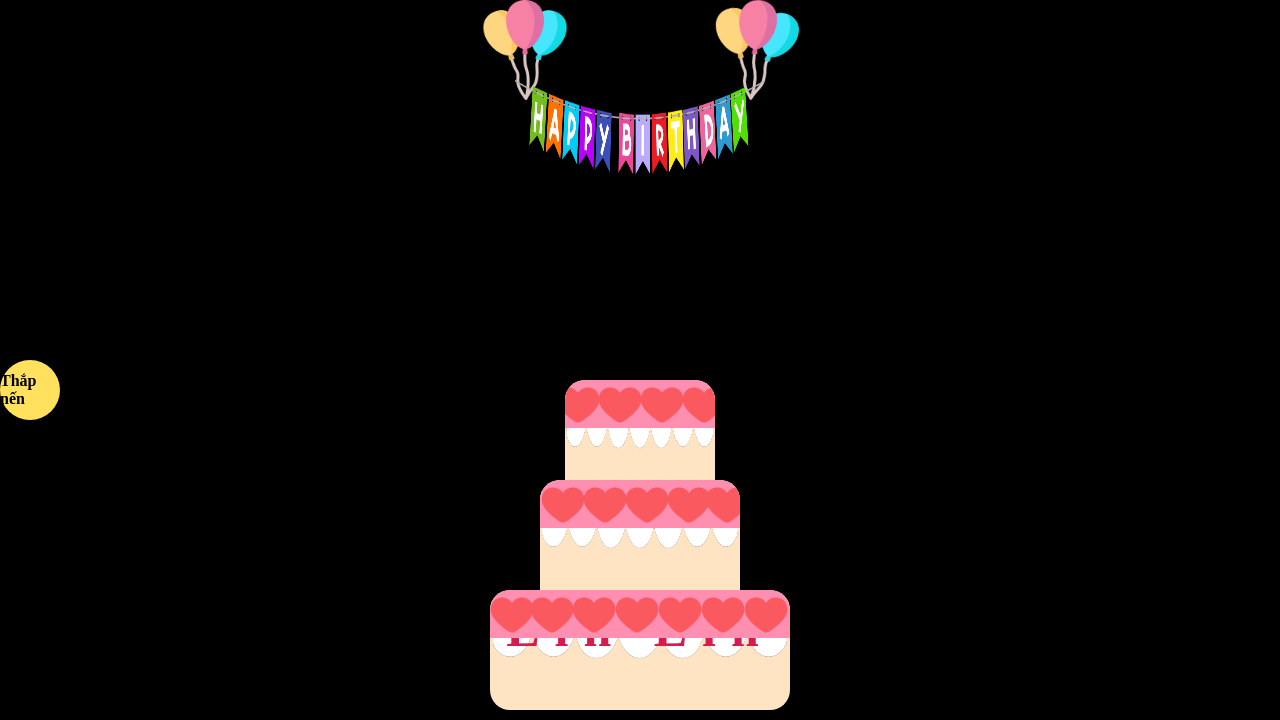
Repository: iphoneboy46/happybirthday
Page: index.html
An editor plug-in stored every save of this project. The page is shown before and after the next save, followed by the edit.
The browser window is 1280 px wide. The pictures show the whole page.
After loading, the first visible `div.btnThapnen` was clicked once.
Some web fonts or font styles are not loaded; a fallback is used.

Above is the page before, as saved 2022-11-28 21:21:21.

### index.html
<!DOCTYPE html>
<html lang="en">
  <head>
    <meta charset="UTF-8" />
    <meta http-equiv="X-UA-Compatible" content="IE=edge" />
    <meta name="viewport" content="width=device-width, initial-scale=1.0" />
    <title>Happy Birthday</title>
    <link rel="stylesheet" href="style.css" />
  </head>
  <body>
    <div class="container">
      <div class="cake">
        <div class="top--cake">
          <div class="img-wavy">
            <img src="image/img1.png" alt="" />
          </div>

          <div class="img-heart-1--top">
            <img src="image/heart.png" alt="" />
          </div>
          <div class="img-heart-2--top">
            <img src="image/heart.png" alt="" />
          </div>
          <div class="img-heart-3--top">
            <img src="image/heart.png" alt="" />
          </div>
          <div class="img-heart-4--top">
            <img src="image/heart.png" alt="" />
          </div>

          <div class="border-cake"></div>
        </div>
        <div class="center--cake">
          <div class="img-wavy">
            <img src="image/img1.png" alt="" />
          </div>
          <div class="img-heart-1--center">
            <img src="image/heart.png" alt="" />
          </div>
          <div class="img-heart-2--center">
            <img src="image/heart.png" alt="" />
          </div>
          <div class="img-heart-3--center">
            <img src="image/heart.png" alt="" />
          </div>
          <div class="img-heart-4--center">
            <img src="image/heart.png" alt="" />
          </div>
          <div class="img-heart-5--center">
            <img src="image/heart.png" alt="" />
          </div>
          <div class="img-heart-6--center">
            <img src="image/heart.png" alt="" />
          </div>
          <div class="img-heart-7--center">
            <img src="image/heart.png" alt="" />
          </div>

          <div class="border-cake"></div>
        </div>
        <div class="bottom--cake">
          <div class="img-wavy">
            <img src="image/img1.png" alt="" />
          </div>

          <div class="img-heart-1">
            <img src="image/heart.png" alt="" />
          </div>
          <div class="img-heart-2">
            <img src="image/heart.png" alt="" />
          </div>
          <div class="img-heart-3">
            <img src="image/heart.png" alt="" />
          </div>
          <div class="img-heart-4">
            <img src="image/heart.png" alt="" />
          </div>
          <div class="img-heart-5">
            <img src="image/heart.png" alt="" />
          </div>
          <div class="img-heart-6">
            <img src="image/heart.png" alt="" />
          </div>
          <div class="img-heart-7">
            <img src="image/heart.png" alt="" />
          </div>
          <div class="img-heart-8">
            <img src="image/heart.png" alt="" />
          </div>

          <div class="border-cake"></div>
        </div>
        <div class="fire2">
          <img src="music/luanen.gif" alt="" />
        </div>
        <div class="fire4">
          <img src="music/luanen.gif" alt="" />
        </div>
        <div class="number2">
          <img src="image/number2png.png" alt="" />
        </div>
        <div class="number4">
          <img src="image/number4.png" alt="" />
        </div>
      </div>
      <h1 class="name">Lin Lin</h1>
      <h2 class="day">29-11</h2>
      <audio class="audioHpbd" controls autoplay>
        <source src="music/Happy Birthday -Piano Cover.mp3" type="audio/mpeg" />
      </audio>
      <div class="hpbd">
        <div class="text-hbbd">
          <img src="image/hbbdpng.png" alt="" />
        </div>
        <div class="bongbong1">
          <img src="image/balloon.png" alt="" />
        </div>
        <div class="bongbong2">
          <img src="image/balloon.png" alt="" />
        </div>
      </div>
      <div class="btnThapnen">Thắp nến</div>
    </div>
    <script src="index.js"></script>
  </body>
</html>

### style.css
@import url('https://fonts.googleapis.com/css2?family=Fleur+De+Leah&display=swap');

* {
    padding: 0;
    margin: 0;
    box-sizing: border-box;
    font-family: 'Fleur De Leah', cursive;

}

body {
    overflow: hidden;
}

.container {
    width: 100%;
    background-color: #FFE6E6;
    /* background-color: black; */
    height: 100vh;
    display: flex;
    justify-content: center;
    align-items: flex-end;

}

.cake {
    display: flex;
    flex-direction: column;
    justify-content: center;
    align-items: center;
    animation: cake-scale linear 5s;
}

@keyframes cake-scale {
    0% {
        transform: scale(0)
    }

    100% {
        transform: scale(1)
    }
}

.top--cake {
    position: relative;
    overflow: hidden;
    width: 150px;
    height: 100px;
    background-color: bisque;
    border-top-left-radius: 20px;
    border-top-right-radius: 20px;
}



.center--cake {
    position: relative;
    overflow: hidden;
    width: 200px;
    height: 110px;
    background-color: bisque;
    border-top-left-radius: 20px;
    border-top-right-radius: 20px;
}


.bottom--cake {
    position: relative;
    overflow: hidden;
    width: 300px;
    height: 120px;
    background-color: bisque;
    border-radius: 20px;
    margin-bottom: 10px;
}



.img-wavy {
    width: 100%;
    height: 70px;
}

.img-wavy img {
    width: 100%;
    height: 100%;
}

.img-heart-1 {
    z-index: 3;
    position: absolute;
    top: 0px;
    left: -3px;
    width: 50px;
    height: 50px;
}


.img-heart-1 img {
    width: 100%;
    height: 100%;
}

.img-heart-2 {
    z-index: 3;
    position: absolute;
    top: 0px;
    left: 37px;
    width: 50px;
    height: 50px;
}


.img-heart-2 img {
    width: 100%;
    height: 100%;
}


.img-heart-3 {
    z-index: 3;
    position: absolute;
    top: 0px;
    left: 79px;
    width: 50px;
    height: 50px;
}


.img-heart-3 img {
    width: 100%;
    height: 100%;
}

.img-heart-4 {
    z-index: 3;
    position: absolute;
    top: 0px;
    left: 122px;
    width: 50px;
    height: 50px;
}


.img-heart-4 img {
    width: 100%;
    height: 100%;
}

.img-heart-5 {
    z-index: 3;
    position: absolute;
    top: 0px;
    left: 165px;
    width: 50px;
    height: 50px;
}


.img-heart-5 img {
    width: 100%;
    height: 100%;
}

.img-heart-6 {
    z-index: 3;
    position: absolute;
    top: 0px;
    left: 208px;
    width: 50px;
    height: 50px;
}


.img-heart-6 img {
    width: 100%;
    height: 100%;
}

.img-heart-7 {
    z-index: 3;
    position: absolute;
    top: 0px;
    left: 251px;
    width: 50px;
    height: 50px;
}


.img-heart-7 img {
    width: 100%;
    height: 100%;
}



.border-cake {
    z-index: 2;
    position: absolute;
    top: 0;
    width: 100%;
    height: 48px;
    background-color: #FF8FB1;
}


.img-heart-1--center {
    z-index: 3;
    position: absolute;
    top: 0px;
    left: -2px;
    width: 50px;
    height: 50px;
}


.img-heart-1--center img {
    width: 100%;
    height: 100%;
}

.img-heart-2--center {
    z-index: 3;
    position: absolute;
    top: 0px;
    left: 40px;
    width: 50px;
    height: 50px;
}


.img-heart-2--center img {
    width: 100%;
    height: 100%;
}


.img-heart-3--center {
    z-index: 3;
    position: absolute;
    top: 0px;
    left: 82px;
    width: 50px;
    height: 50px;
}


.img-heart-3--center img {
    width: 100%;
    height: 100%;
}

.img-heart-4--center {
    z-index: 3;
    position: absolute;
    top: 0px;
    left: 124px;
    width: 50px;
    height: 50px;
}


.img-heart-4--center img {
    width: 100%;
    height: 100%;
}

.img-heart-5--center {
    z-index: 3;
    position: absolute;
    top: 0px;
    left: 260px;
    width: 50px;
    height: 50px;
}


.img-heart-5--center img {
    width: 100%;
    height: 100%;
}

.img-heart-6--center {
    z-index: 3;
    position: absolute;
    top: 0px;
    left: 330px;
    width: 50px;
    height: 50px;
}


.img-heart-6--center img {
    width: 100%;
    height: 100%;
}

.img-heart-7--center {
    z-index: 3;
    position: absolute;
    top: 0px;
    left: 162px;
    width: 50px;
    height: 50px;
}


.img-heart-7--center img {
    width: 100%;
    height: 100%;
}



.img-heart-1--top {
    z-index: 3;
    position: absolute;
    top: 0px;
    left: -12px;
    width: 50px;
    height: 50px;
}


.img-heart-1--top img {
    width: 100%;
    height: 100%;
}

.img-heart-2--top {
    z-index: 3;
    position: absolute;
    top: 0px;
    left: 30px;
    width: 50px;
    height: 50px;
}


.img-heart-2--top img {
    width: 100%;
    height: 100%;
}


.img-heart-3--top {
    z-index: 3;
    position: absolute;
    top: 0px;
    left: 72px;
    width: 50px;
    height: 50px;
}


.img-heart-3--top img {
    width: 100%;
    height: 100%;
}

.img-heart-4--top {
    z-index: 3;
    position: absolute;
    top: 0px;
    left: 114px;
    width: 50px;
    height: 50px;
}


.img-heart-4--top img {
    width: 100%;
    height: 100%;
}

.number2 {
    position: absolute;
    width: 60px;
    height: 92px;
    top: 242px;
    left: 130px;
    animation: num linear 10s
}


.number2 img {
    width: 100%;
    height: 100%;
}

.number4 {
    position: absolute;
    width: 100px;
    height: 100px;
    top: 242px;
    left: 180px;
    animation: num linear 10s
}

@keyframes num {
    0% {
        top: -2000px;
        opacity: 0;
    }

    100% {
        top: 242px;
        opacity: 1;
    }
}

.number4 img {
    width: 100%;
    height: 100%;
}


.hpbd {
    top: 0px;
    position: absolute;
    animation: topText linear 5s;
}

@keyframes topText {
    0% {
        top: 1000px;
    }

    100% {
        top: 0px;
    }
}


.text-hbbd {
    transform: translateX(-50%);
    position: absolute;
    top: 80px;
    left: 50%;
    width: 250px;
    height: 100px;
    z-index: 10;

}



.text-hbbd img {
    width: 100%;
    height: 100%;
}

.bongbong1 {
    position: absolute;
    width: 100px;
    height: 100px;
    left: 65px;
    top: 0px;

    animation: dungdua1 linear 5s infinite;
}

@keyframes dungdua1 {
    0% {
        transform: rotate(0deg)
    }


    50% {
        transform: rotate(10deg)
    }

    100% {
        transform: rotate(0deg)
    }
}



.bongbong1 img {
    width: 100%;
    height: 100%;
}


.bongbong2 {
    position: absolute;
    width: 100px;
    height: 100px;
    right: 65px;
    top: 0px;
    animation: dungdua2 linear 5s infinite;
    animation-delay: 15s;
}

@keyframes dungdua2 {
    0% {
        transform: rotate(0deg)
    }


    50% {
        transform: rotate(-10deg)
    }

    100% {
        transform: rotate(0deg)
    }
}

.bongbong2 img {
    width: 100%;
    height: 100%;
}

.audioHpbd {
    display: none;
}

.name {
    text-align: center;
    top: 600px;
    position: absolute;
    font-size: 50px;
    letter-spacing: 15px;
    color: #D61C4E;
    animation: cake-scale linear 5s;

}


.day {
    text-align: center;
    top: 490px;
    position: absolute;
    font-size: 40px;
    letter-spacing: 15px;
    color: #D61C4E;
    animation: cake-scale linear 5s;

}


.fire2 {
    display: none;
    position: absolute;
    top: 205px;
    left: 135px;
    width: 50px;
    height: 50px;
}

.fire2 img {
    width: 100%;
    height: 100%;
}


.fire4 {
    display: none;
    position: absolute;
    top: 205px;
    right: 128px;
    width: 50px;
    height: 50px;
}

.fire4 img {
    width: 100%;
    height: 100%;
}

.btnThapnen {
    display: flex;
    justify-content: center;
    align-items: center;
    flex-direction: column;
    border-radius: 50%;
    width: 60px;
    height: 60px;
    position: absolute;
    font-weight: bolder;
    top: 50%;
    left: 0;
    user-select: none;
    background-color: #FFE15D;
}

### index.js
const btnThapnen = document.querySelector(".btnThapnen");
const con = document.querySelector(".container");
const fire2 = document.querySelector(".fire2");
const fire4 = document.querySelector(".fire4");


btnThapnen.onclick = () => {
    con.style.backgroundColor = "black";

};

After the next save:
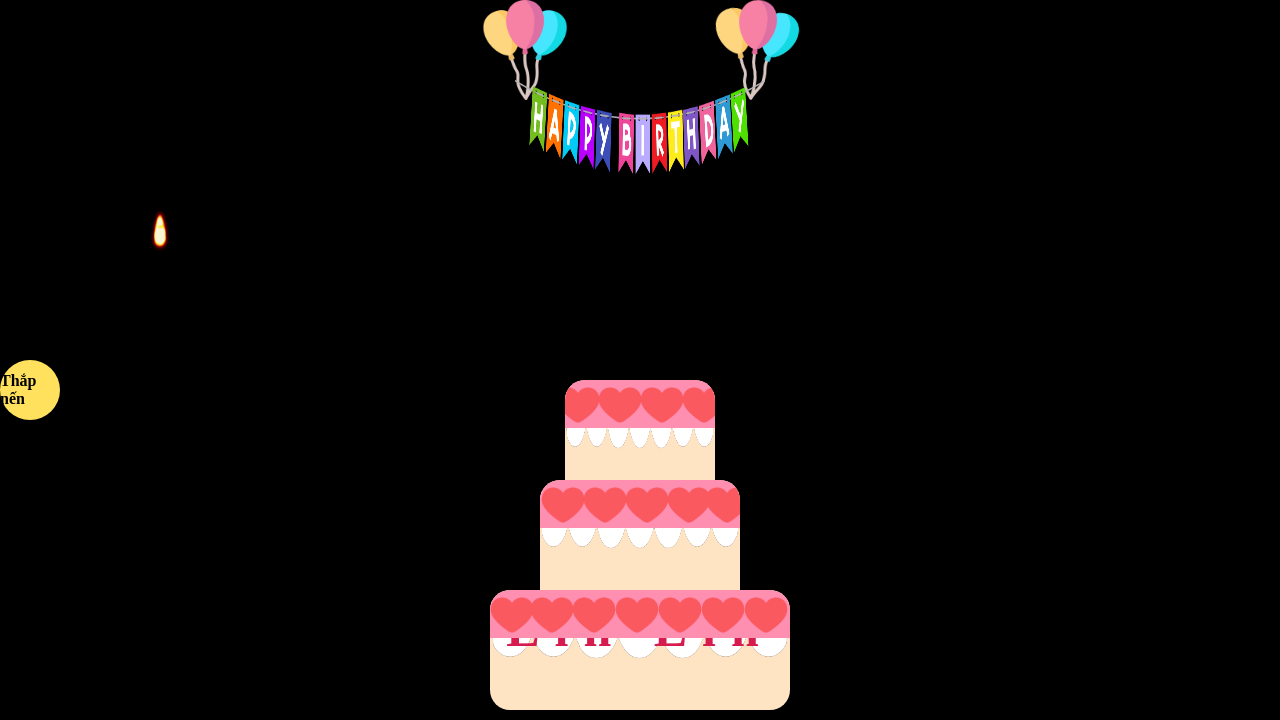
Saved 51 s later.
--- a/index.js
+++ b/index.js
@@ -6,5 +6,5 @@ const fire4 = document.querySelector(".fire4");
 
 btnThapnen.onclick = () => {
     con.style.backgroundColor = "black";
-
+    fire2.style.display = "block"
 };
